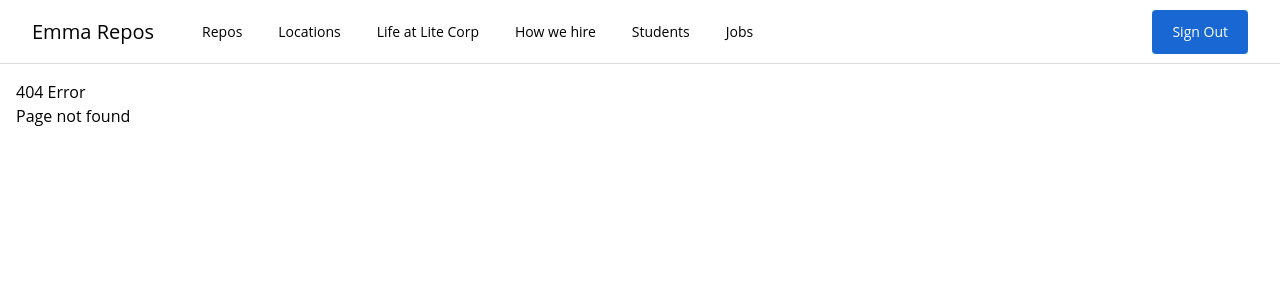
Repository: oderinde300/alt-school-vue-exam
Page: /jobs/results
An editor plug-in stored every save of this project. The page is shown before and after the next save, followed by the edit.
The browser window is 1280 px wide. The pictures show the whole page.
The project was rebuilt for these pictures with package versions that can differ from the ones it lists, and the page was loaded fresh each time. Also part of the build but not shown: vite.config.js, src/utils/nextElementInList.js, src/components/RepoSearch/TheHeadline.vue, src/components/RepoSearch/TheHero.vue, src/views/HomeView.vue, src/components/RepoResults/RepoList.vue, src/views/RepoDetailsView.vue. Imported but missing from the stored project, and not drawn on this page: src/components/Navigation/ProfileImage.vue.

Above is the page before, as saved 2023-03-18 20:59:25.

After the next save:
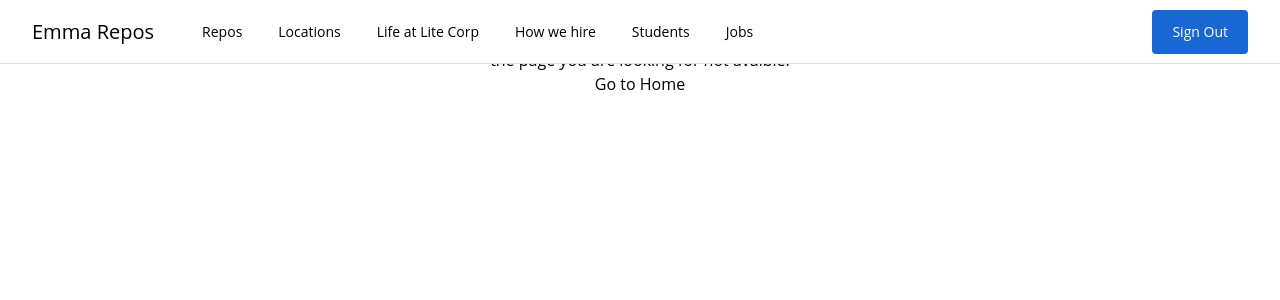
Saved 99 s later.
--- a/src/views/NotFoundView.vue
+++ b/src/views/NotFoundView.vue
@@ -1,8 +1,25 @@
 <template>
-  <div class="mt-16 p-4">
-    <h1>404 Error</h1>
-    <p>Page not found</p>
-  </div>
+  <section class="page_404">
+    <div class="container">
+      <div class="row">
+        <div class="col-sm-12">
+          <div class="col-sm-10 col-sm-offset-1 text-center">
+            <div class="four_zero_four_bg">
+              <h1 class="text-center">404</h1>
+            </div>
+
+            <div class="contant_box_404">
+              <h3 class="h2">Look like you're lost</h3>
+
+              <p>the page you are looking for not avaible!</p>
+
+              <a href="" class="link_404">Go to Home</a>
+            </div>
+          </div>
+        </div>
+      </div>
+    </div>
+  </section>
 </template>
 
 <script>
